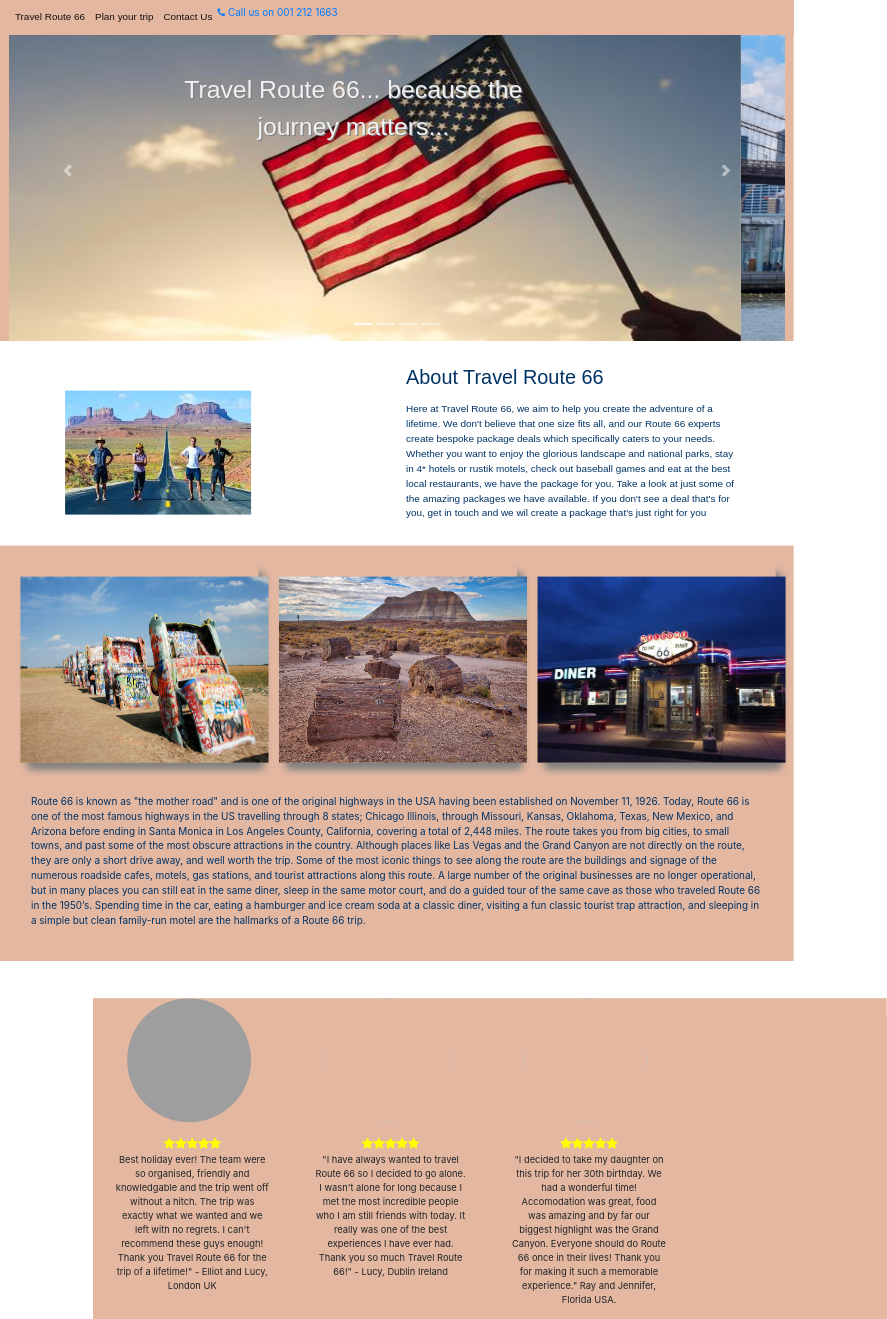
Repository: Code-Institute-Submissions/Javascript-milestone-project-2
Page: index.html
The author's editor kept a record of every edit. The page is drawn from the files as they stood at one moment, then again after the next edit.
The browser window is 1280 px wide. The page is 1430 px wide, so the pictures cover 1430 px, including what lies to the right of the window. The pictures show the whole page, at 62% of full size.
Pictures or frames that could not be fetched are drawn as grey boxes. Some web fonts or font styles are not loaded; a fallback is used. Some web libraries are served in a nearby version.

Above is the page before.
Not found: assets/images/dadanddaughter.jpg
Not found: assets/images/group.jpg

After the next edit:
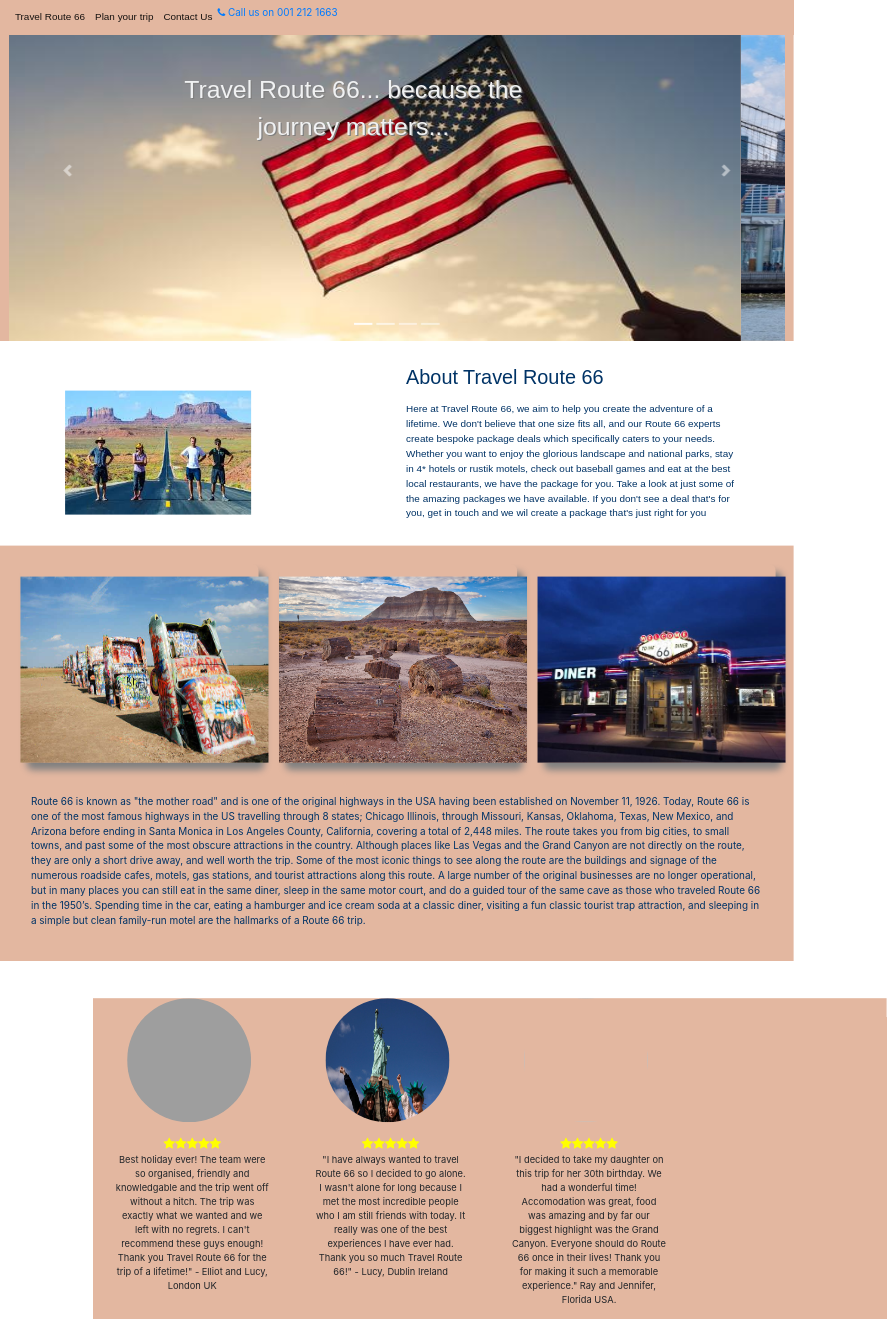
The edit:
--- a/index.html
+++ b/index.html
@@ -142,7 +142,7 @@
 
                 <div class="review1">
 
-                    <img class="review-img" src="assets/images/group.jpg">
+                    <img class="review-img" src="images/group.jpg">
 
                     <div class="card-body">
               <div class="stars"><i class="fa fa-star"></i><i class="fa fa-star"></i><i class="fa fa-star"></i><i class="fa fa-star"></i><i class="fa fa-star"></i></div> <p class="card-text">"I have always wanted to travel Route 66 so I decided to go alone. I wasn't alone for long because I met the most incredible people who I am still friends with today. It really was one of the best experiences I have ever
